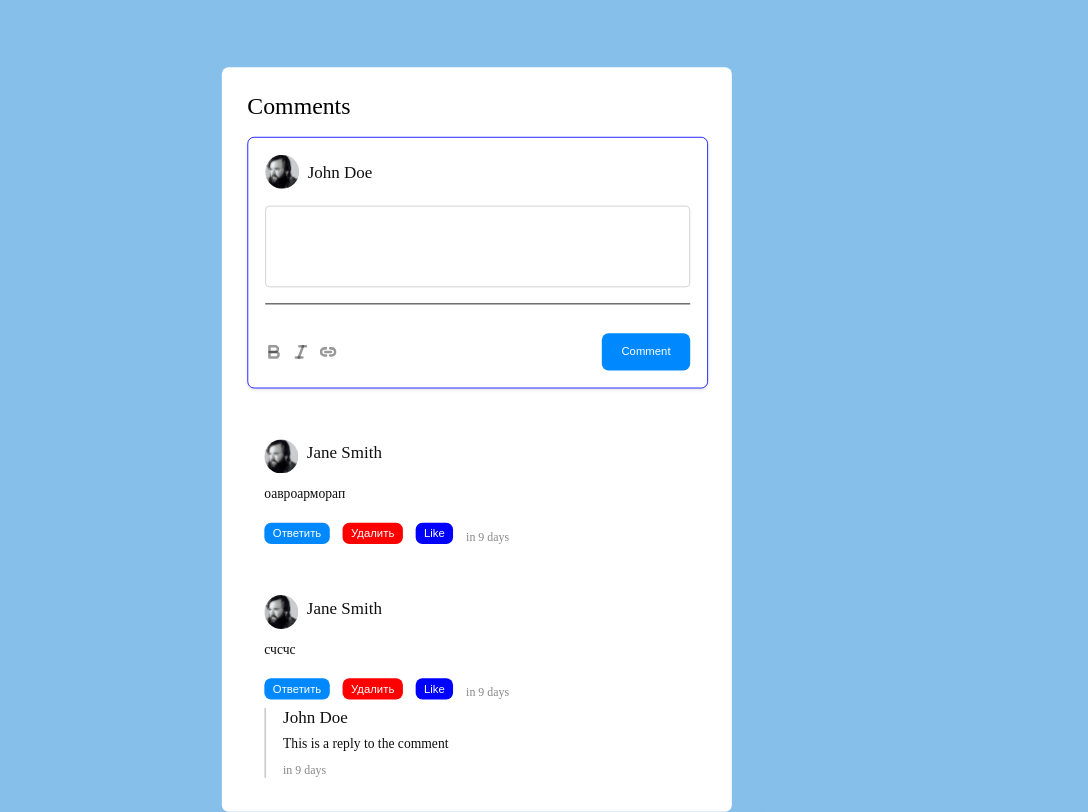
Repository: nikiforovki/appcommits
Page: /
An editor plug-in stored every save of this project. The page is shown before and after the next save, followed by the edit.
The browser window is 1280 px wide. The pictures show the whole page, at 85% of full size.
The project was rebuilt for these pictures with package versions that can differ from the ones it lists, and the page was loaded fresh each time. Requests to the local data server were answered from the project's data file. Also part of the build but not shown: webpack.config.ts.

Above is the page before, as saved 2024-08-24 00:24:49.

After the next save:
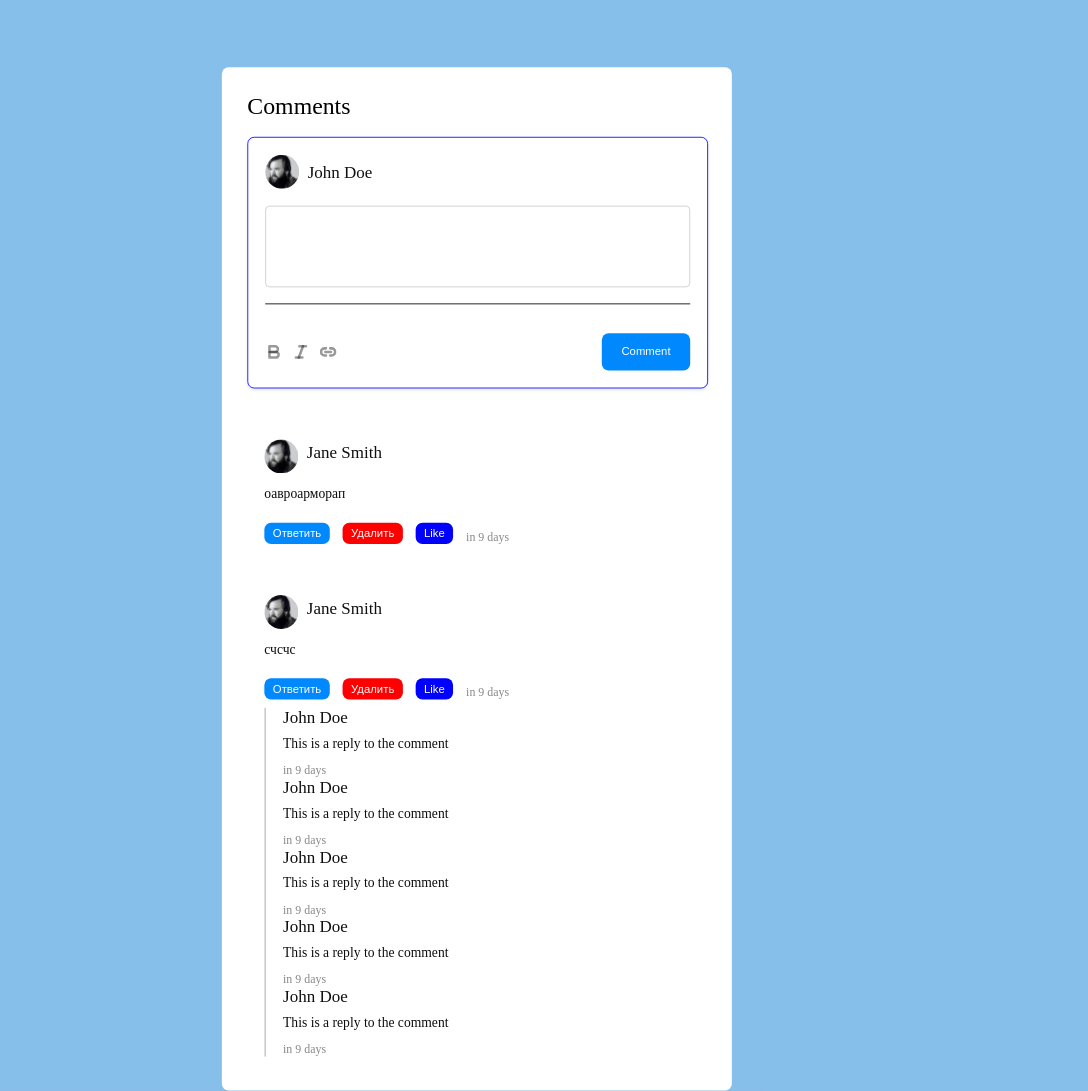
Saved 29 s later.
--- a/db.json
+++ b/db.json
@@ -11,6 +11,30 @@
       "isItalic": false,
       "isLink": false,
       "replies": [
+        {
+          "id": "unique-reply-id-1",
+          "author": "John Doe",
+          "text": "This is a reply to the comment",
+          "timestamp": "2024-08-23T20:20:31.668Z"
+        },
+        {
+          "id": "unique-reply-id-1",
+          "author": "John Doe",
+          "text": "This is a reply to the comment",
+          "timestamp": "2024-08-23T20:20:31.668Z"
+        },
+        {
+          "id": "unique-reply-id-1",
+          "author": "John Doe",
+          "text": "This is a reply to the comment",
+          "timestamp": "2024-08-23T20:20:31.668Z"
+        },
+        {
+          "id": "unique-reply-id-1",
+          "author": "John Doe",
+          "text": "This is a reply to the comment",
+          "timestamp": "2024-08-23T20:20:31.668Z"
+        },
         {
           "id": "unique-reply-id-1",
           "author": "John Doe",
